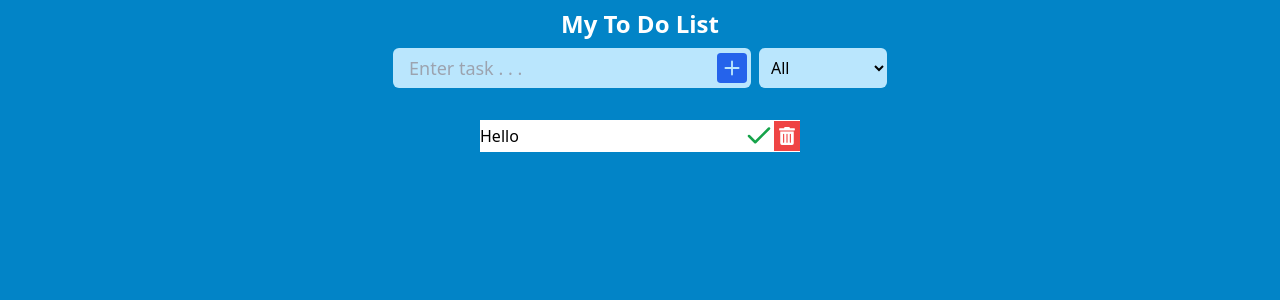
Repository: SaadYasin/react-to-do-list
Page: /
The author's editor kept a copy of each file at every save. The page is drawn from the files as they stood at one save, then again after the next save.
The browser window is 1280 px wide. The pictures show the whole page.
The project was rebuilt for these pictures with package versions that can differ from the ones it lists, and the page was loaded fresh each time. Also part of the build but not shown: src/App.css.

Above is the page before, as saved 2022-11-10 23:28:33.

### public/index.html
<!DOCTYPE html>
<html lang="en">
  <head>
    <meta charset="utf-8" />
    <link rel="icon" href="%PUBLIC_URL%/favicon.ico" />
    <meta name="viewport" content="width=device-width, initial-scale=1" />
    <meta name="theme-color" content="#000000" />
    <meta
      name="description"
      content="Web site created using create-react-app"
    />
    <link rel="apple-touch-icon" href="%PUBLIC_URL%/logo192.png" />

    <link rel="manifest" href="%PUBLIC_URL%/manifest.json" />

    <title>React | To Do List</title>
  </head>
  <body>
    <noscript>You need to enable JavaScript to run this app.</noscript>
    <div id="root"></div>

  </body>
</html>

### src/App.js
import React from 'react';
import Header from './components/Header';
import Input from './components/Input';
import TodoList from './components/TodoList';
import './App.css';

function App() {
  const [inputText, setInputText] = React.useState(null);
  const [todos, setTodos] = React.useState([]);

  return (
    <div className="flex flex-col items-center bg-sky-600 h-screen">
      <Header />
      <Input todos={todos} setTodos={setTodos} setInputText={setInputText} inputText={inputText} />
      <h1>{ inputText }</h1>
      <TodoList />

    </div>
  );
}

export default App;

### src/components/Header.js
import React from 'react'
import Input from './Input'

const Header = () => {
  return (
    <div>
      <h1 className="text-2xl font-bold text-white my-2">My To Do List</h1>
    </div>
  );
}

export default Header

### src/components/Input.js
import React from "react";
import { BsFillPlusSquareFill } from "react-icons/bs";

const Input = ({ setInputText, inputText, todos, setTodos }) => {
  const handleInput = (e) => {
    // e.preventDefault();

    console.log(e.target.value);
    setInputText(e.target.value);
  };

  const handleSubmit = (e) => {
    e.preventDefault();

    setTodos([
      ...todos,
      { text: inputText, completed: false, id: Math.random() * 1000 },
    ]);

    setInputText("");
  };
  return (
    <div className="flex">
      <form className="flex h-10 bg-sky-200 rounded-md" onSubmit={handleSubmit}>
        <input
          value={inputText}
          type="text"
          placeholder="Enter task . . ."
          className="text-lg bg-transparent text-gray-800 px-4 w-44 md:w-80 outline-none"
          onChange={handleInput}
        />
        <button className="text-3xl text-blue-600 px-1" type="submit">
          <BsFillPlusSquareFill />
        </button>
      </form>

      <div className="select ml-2 bg-sky-200 rounded-md">
        <select
          name="todos"
          id="filter-todos"
          className="bg-transparent w-32 p-2"
        >
          <option value="all">All</option>
          <option value="completed">Completed</option>
          <option value="uncompleted">UnCompleted</option>
        </select>
      </div>
    </div>
  );
};

export default Input;

### src/components/TodoList.js
import React from 'react'

// Import components
import Todo from './Todo'
export const TodoList = () => {

  return (
    <div>
      <ul>
        <Todo />
      </ul>
    </div>
  )
}

export default TodoList;

### src/components/Todo.js
import React from 'react';
import { FiCheck } from "react-icons/fi";
import { FaTrashAlt } from "react-icons/fa";
const Todo = () => {
  return (
    <div className="flex justify-between items-center mt-8 w-80 h-8 bg-white">
      <li>Hello</li>

      <div className="flex">
        <button className="text-green-600 text-3xl">
          <FiCheck />
        </button>
        <button className="text-lg bg-red-500 text-white p-1">
          <FaTrashAlt />
        </button>
      </div>
    </div>
  );
}

export default Todo;

Loaded but not shown: src/index.js (common file); src/index.css (common file); tailwind.config.js (common file)

After the next save:
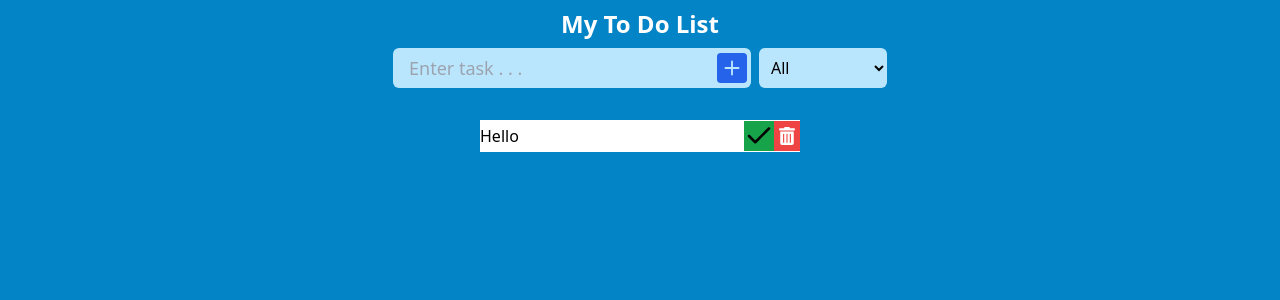
Saved 21 s later.
--- a/src/components/Todo.js
+++ b/src/components/Todo.js
@@ -7,7 +7,7 @@ const Todo = () => {
       <li>Hello</li>
 
       <div className="flex">
-        <button className="text-green-600 text-3xl">
+        <button className="bg-green-600 text-3xl">
           <FiCheck />
         </button>
         <button className="text-lg bg-red-500 text-white p-1">
